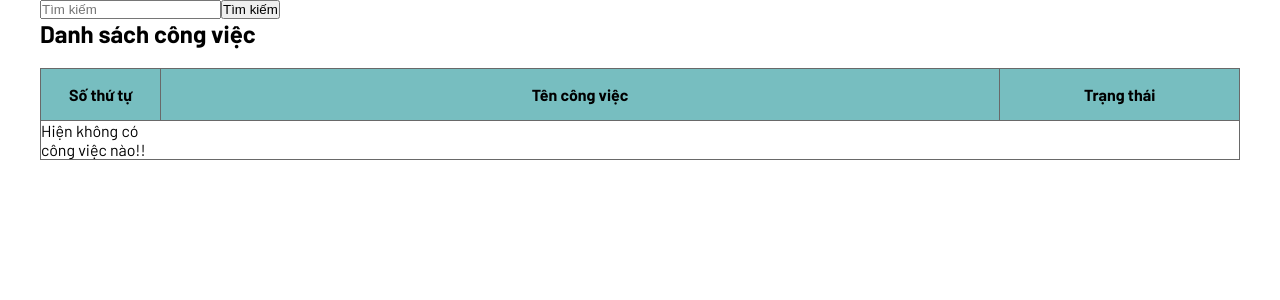
Repository: OkazakiTruong/searchReact
Page: /
The author's editor kept a copy of each file at every save. The page is drawn from the files as they stood at one save, then again after a run of saves.
The browser window is 1280 px wide. The pictures show the whole page.
The page's requests for data from a server got no answer. The project was rebuilt for these pictures with package versions that can differ from the ones it lists, and the page was loaded fresh each time. No one was signed in, and anything a server would have sent is missing. Also part of the build but not shown: vite.config.js.

Above is the page before, as saved 2024-01-11 14:15:05.

### src/App.jsx
import React from "react";
import { SearchAppContainer } from "./SearchApp/SearchAppContainer";

export const App = () => {
  return (
    <div className="app">
      <SearchAppContainer />
    </div>
  );
};

### src/index.css
@import url("https://fonts.googleapis.com");
@import url("https://fonts.gstatic.com");
@import url("https://fonts.googleapis.com/css2?family=Barlow:ital,wght@0,100;0,200;0,300;0,400;0,500;0,600;0,700;0,800;0,900;1,100;1,200;1,300;1,400;1,500;1,600;1,700;1,800;1,900&display=swap");

* {
  padding: 0;
  margin: 0;
  box-sizing: border-box;
}

body {
  font-family: "Barlow", sans-serif;
}

.app {
  max-width: 1250px;
  padding: 0 25px;
  margin: 0 auto;
}

### src/SearchApp/SearchAppContainer.jsx
import React, { useCallback, useEffect, useState } from "react";
import { ListTodo } from "./Todo/ListTodo";
import { Search } from "./Search/Search";

export const SearchAppContainer = () => {
  const [todos, setTodos] = useState(null);
  useEffect(() => {
    //fetch api
    fetch("https://jsonplaceholder.typicode.com/todos?_page=1", {
      method: "GET",
      headers: {
        "Content-type": "application/json",
      },
    })
      .then((response) => response.json())
      .then((data) => {
        setTodos(data);
      });
  }, []);
  return (
    <div>
      <Search />
      <ListTodo todos={todos} />
    </div>
  );
};

### src/SearchApp/Todo/ListTodo.jsx
import React from "react";
import "./listTodo.css";

export const ListTodo = ({ todos }) => {
  return (
    <>
      <h2>Danh sách công việc</h2>
      <table>
        <tbody>
          <tr>
            <th className="numerical-order">Số thứ tự</th>
            <th className="todo-name">Tên công việc</th>
            <th className="status">Trạng thái</th>
          </tr>
          {!todos
            ? "Hiện không có công việc nào!!"
            : todos.map((todo, index) => (
                <tr>
                  <td>{++index}</td>
                  <td>{todo.title}</td>
                  <td>
                    {todo.completed ? "Đã hoàn thành" : "Chưa hoàn thành"}
                  </td>
                </tr>
              ))}
        </tbody>
      </table>
    </>
  );
};

### src/SearchApp/Search/Search.jsx
import React from "react";
import "./Search.css";

export const Search = () => {
  return (
    <div>
      <form action="#">
        <div className="search-bar">
          <input type="text" placeholder="Tìm kiếm" />
          <button>Tìm kiếm</button>
        </div>
      </form>
    </div>
  );
};

### src/SearchApp/Todo/listTodo.css
table {
  width: 100%;
}
table,
th,
td {
  border: 1px solid #696969;
  border-collapse: collapse;
}
th,
td {
  padding: 16px;
}
th {
  background-color: rgb(119, 190, 192);
}
th.todo-name {
  width: 70%;
}
th.numeric-order {
  width: 10%;
}
th.status {
  width: 20%;
}

h2 {
  margin-bottom: 20px;
}

### src/SearchApp/Search/Search.css
.search-bar {
  display: flex;
  width: 100%;
}

Loaded but not shown: index.html (common file); src/main.jsx (common file)

After the next 2 saves:
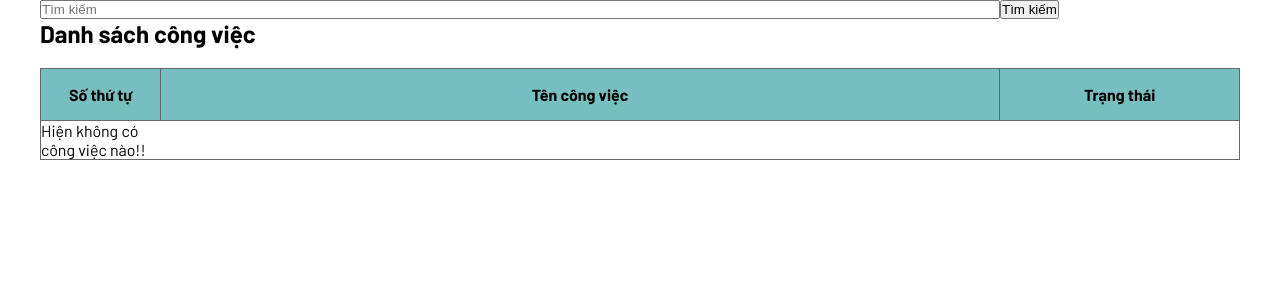
The 2 saves are shown as one change because they came seconds apart.
The last was saved 10 s later.
--- a/src/SearchApp/Search/Search.css
+++ b/src/SearchApp/Search/Search.css
@@ -2,3 +2,6 @@
   display: flex;
   width: 100%;
 }
+input {
+  width: 80%;
+}
